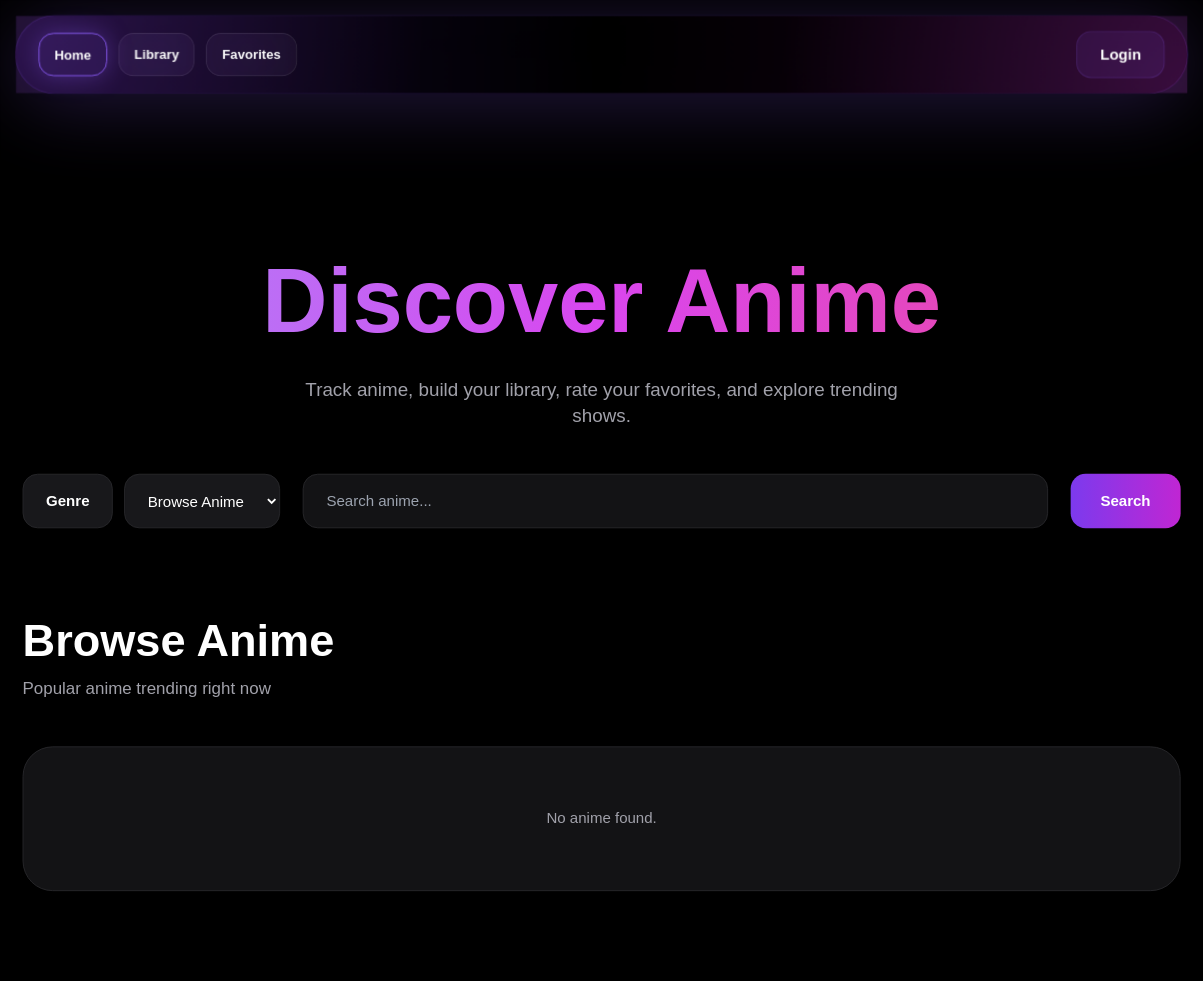
Repository: Maykal-Projects/Otakuflow
Page: /
The author's editor kept a copy of each file at every save. The page is drawn from the files as they stood at one save, then again after the next save.
The browser window is 1280 px wide. The pictures show the whole page, at 94% of full size.
The page's requests for data from a server got no answer. The project was rebuilt for these pictures with package versions that can differ from the ones it lists, and the page was loaded fresh each time. The framework's server and built-in components were replaced by stand-ins that run in the browser. No one was signed in, and anything a server would have sent is missing. Also part of the build but not shown: next.config.ts, components/AnimeCard.tsx.

Above is the page before, as saved 2026-05-30 20:35:34.

After the next save:
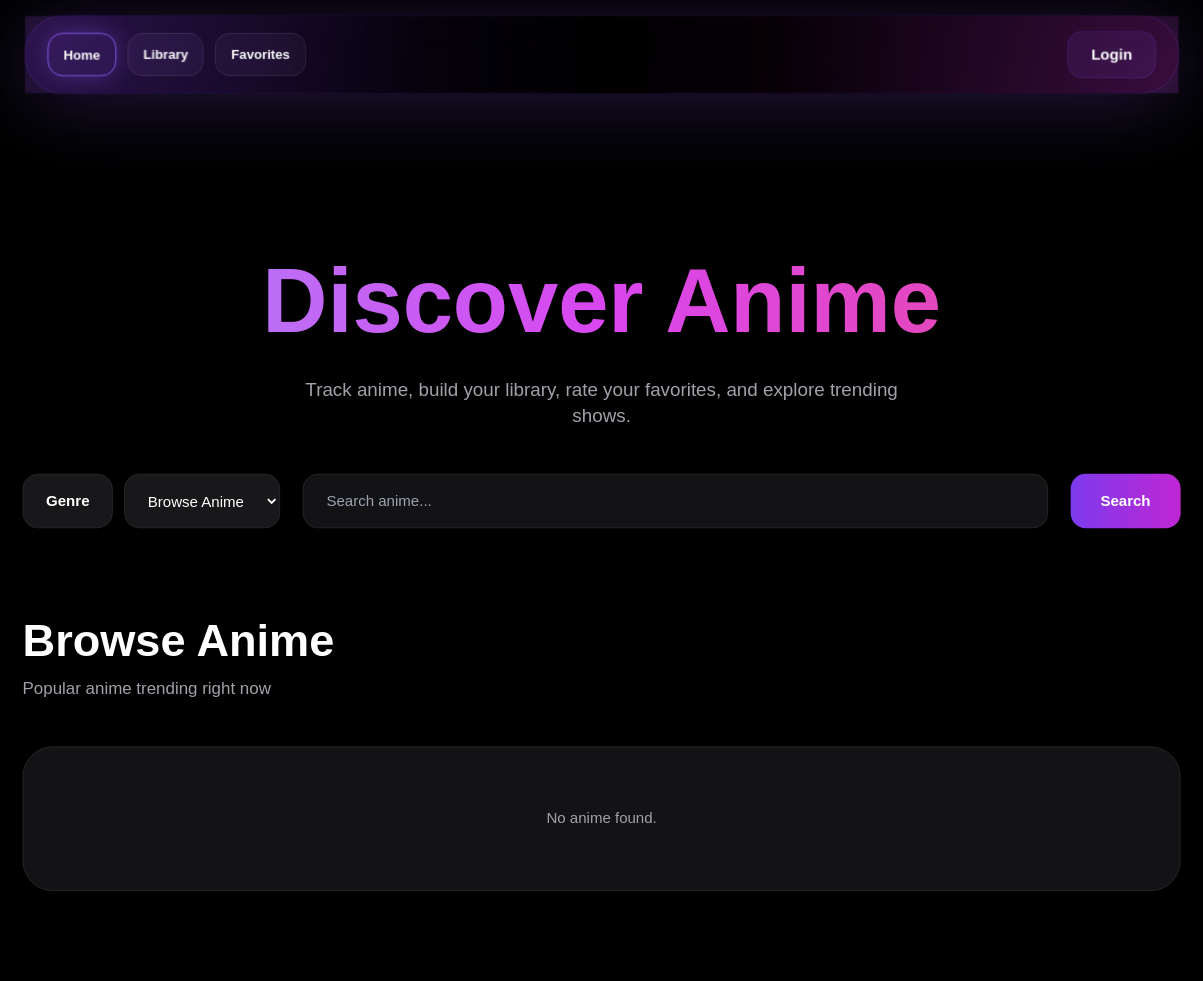
Saved 13 min 4 s later.
--- a/components/Navbar.tsx
+++ b/components/Navbar.tsx
@@ -72,7 +72,7 @@ export default function Navbar() {
 
   return (
 
-    <div className="absolute top-0 left-0 w-full z-50 flex justify-center pt-4 px-4">
+    <div className="fixed top-4 left-1/2 -translate-x-1/2 z-50 w-[96%] max-w-[1700px]">
 
       <nav className="mx-auto w-full max-w-[1700px] overflow-visible rounded-[999px] border border-violet-500/20 bg-gradient-to-r from-violet-950/40 via-black/30 to-fuchsia-950/30 backdrop-blur-3xl shadow-[0_10px_80px_rgba(139,92,246,0.25)] relative">
 
